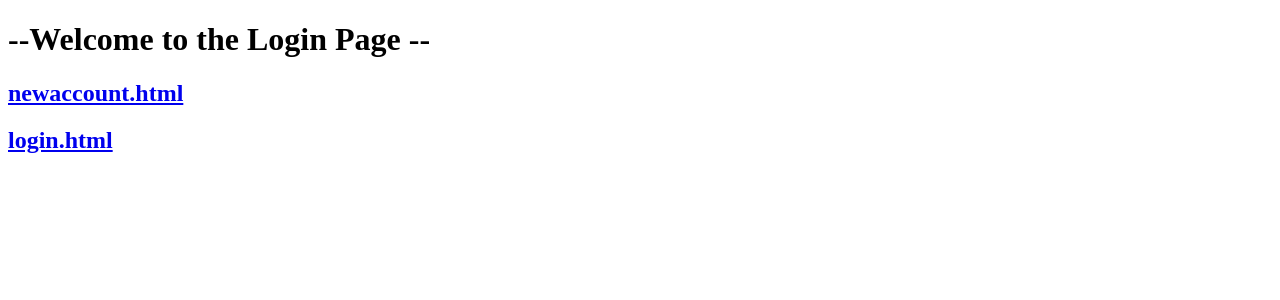
Repository: Nitingupta04/work
Page: Servlet_Projects/Jtc1/src/main/webapp/login.html
These files come from the project's save history. The page is drawn as it stood at one moment and after the next save; the edit follows.
The browser window is 1280 px wide. The pictures show the whole page.

Above is the page before, as saved 2024-06-28 05:04:51.

### Servlet_Projects/Jtc1/src/main/webapp/login.html
<!DOCTYPE html>
<html>

<head>
	<meta charset="ISO-8859-1">
	<title>Login Servlet</title>
</head>

<body>
	<h1>--Welcome to the Login Page -- </h1>

	<h2><a href="Creare a New Account ">newaccount.html</a></h2>
	<h2><a href="Login ">login.html</a></h2>

</body>

</html>

After the next save:
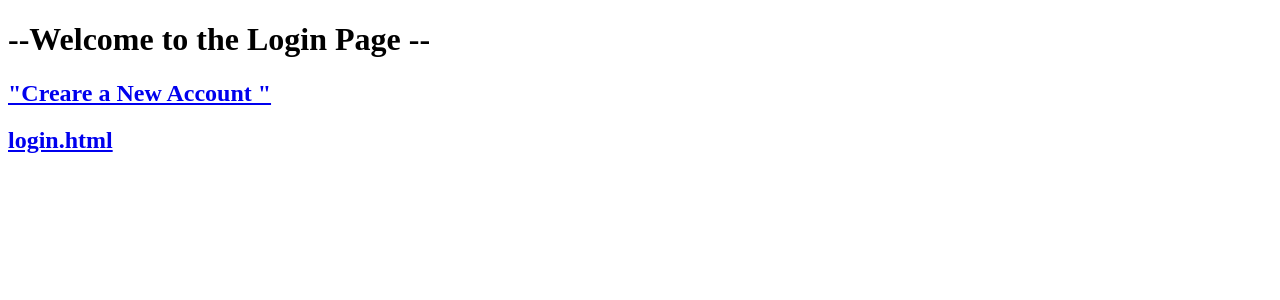
Saved 64 s later.
--- a/Servlet_Projects/Jtc1/src/main/webapp/login.html
+++ b/Servlet_Projects/Jtc1/src/main/webapp/login.html
@@ -9,7 +9,7 @@
 <body>
 	<h1>--Welcome to the Login Page -- </h1>
 
-	<h2><a href="Creare a New Account ">newaccount.html</a></h2>
+	<h2><a href=newaccount.html>"Creare a New Account "</a></h2>
 	<h2><a href="Login ">login.html</a></h2>
 
 </body>
